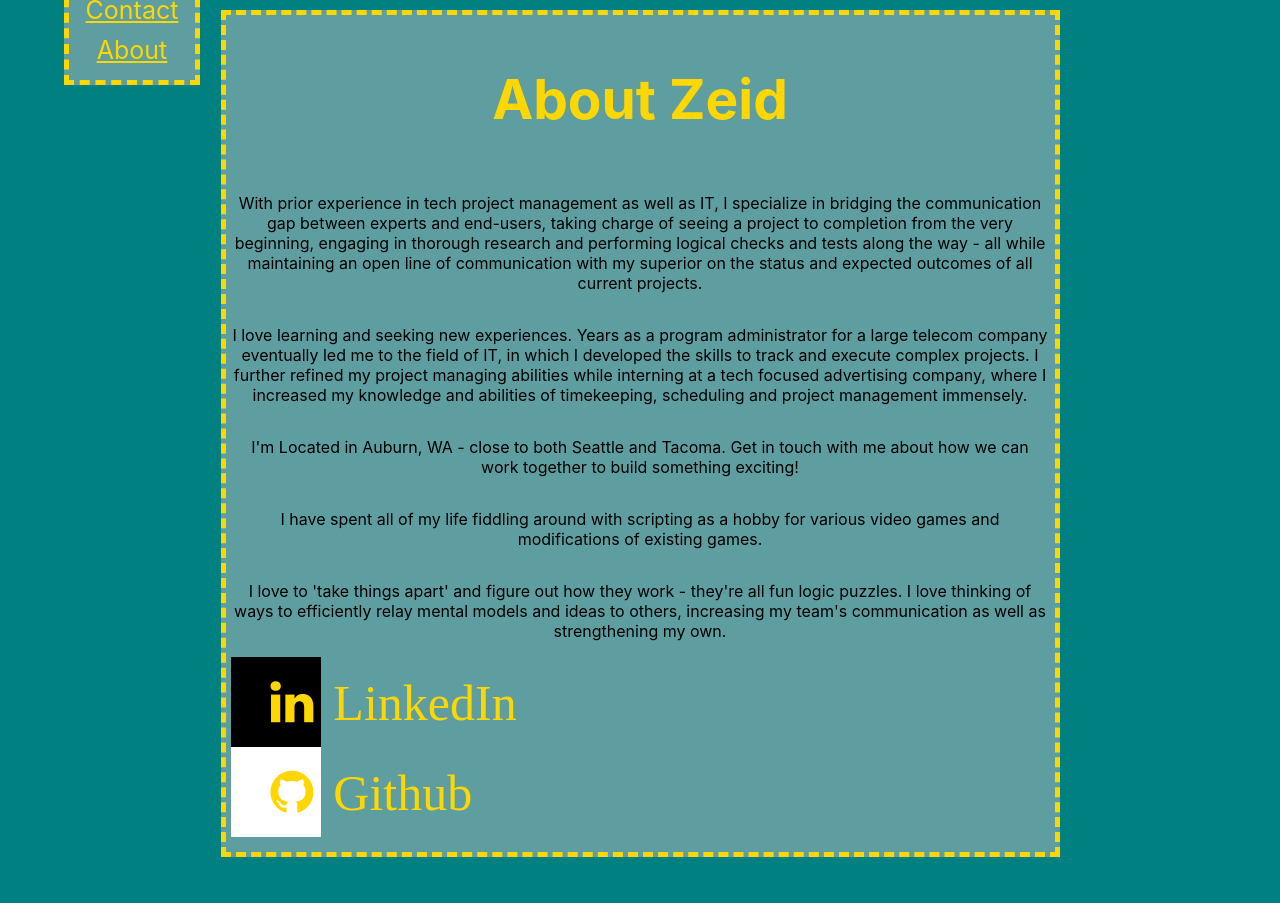
Repository: zeidalidiez/portfolioreact
Page: /
An editor plug-in stored every save of this project. The page is shown before and after a run of saves, followed by the edit.
The browser window is 1280 px wide. The pictures show the whole page.
The project was rebuilt for these pictures with package versions that can differ from the ones it lists, and the page was loaded fresh each time. Also part of the build but not shown: src/components/Thumbnail.js, src/components/Projects.js, src/components/Contact.js.

Above is the page before, as saved 2021-02-08 19:04:49.

### public/index.html
<!DOCTYPE html>
<html lang="en">
  <head>
    <meta charset="utf-8" />
    <link href="data:[embedded picture, 289 characters]" rel="icon" type="image/x-icon" />    <meta name="viewport" content="width=device-width, initial-scale=1" />
    <link rel="stylesheet" href="https://cdnjs.cloudflare.com/ajax/libs/font-awesome/4.7.0/css/font-awesome.min.css">
    <meta name="theme-color" content="#000000" />
    <meta
      name="description"
      content="Web site created using create-react-app"
    />    <!--
      manifest.json provides metadata used when your web app is installed on a
      user's mobile device or desktop. See https://developers.google.com/web/fundamentals/web-app-manifest/
    -->
    <link rel="manifest" href="%PUBLIC_URL%/manifest.json" />
    <!--
      Notice the use of %PUBLIC_URL% in the tags above.
      It will be replaced with the URL of the `public` folder during the build.
      Only files inside the `public` folder can be referenced from the HTML.

      Unlike "/favicon.ico" or "favicon.ico", "%PUBLIC_URL%/favicon.ico" will
      work correctly both with client-side routing and a non-root public URL.
      Learn how to configure a non-root public URL by running `npm run build`.
    -->
    <title>Zeid Diez - Portfolio</title>
  </head>
  <body>
    <noscript>You need to enable JavaScript to run this app.</noscript>
    <div id="root"></div>
    <!--
      This HTML file is a template.
      If you open it directly in the browser, you will see an empty page.

      You can add webfonts, meta tags, or analytics to this file.
      The build step will place the bundled scripts into the <body> tag.

      To begin the development, run `npm start` or `yarn start`.
      To create a production bundle, use `npm run build` or `yarn build`.
    -->
  </body>
</html>

### src/index.js
import React from 'react';
import ReactDOM from 'react-dom';
import './index.css';
import App from './components/App';
import reportWebVitals from './reportWebVitals';

ReactDOM.render(
  <React.StrictMode>
  <App />
  </React.StrictMode>,
  document.getElementById('root')
);

// If you want to start measuring performance in your app, pass a function
// to log results (for example: reportWebVitals(console.log))
// or send to an analytics endpoint. Learn more: https://bit.ly/CRA-vitals
reportWebVitals();

### src/components/App.js
// App.jsx

import React from 'react';
// Import the BrowserRouter, Route and Link components
import {Route, BrowserRouter as Router, Link} from "react-router-dom";
import Projects from './Projects.js';
import Contact from './Contact.js';
import About from './About.js';
import './App.css';

function App() {
  return (
    <header>
    <Router>
      <div className="App">
        <Route exact path="/Projects" component={Projects} />
        <Route exact path="/Contact" component={Contact} />
        <Route exact path="/About" component={About} />
        <Route exact path="/" component={About} />
  <nav>
        <div className="navigation">
          <div className="navigation-sub">
            <Link to="/Projects" className="item">Projects</Link>
            <Link to="/Contact" className="item">Contact</Link>
            <Link to="/About" className="item">About</Link>

          </div>
        </div>
        </nav>
      </div>
    </Router>
    <menu>

</menu>
    </header>


  );
}

export default App;

### src/components/About.js
import React from "react"

function About(props) {
  return (
    <div className="aboutDiv">
      <h2>About Zeid</h2>
      <p>With prior experience in tech project management as well as IT, I specialize in bridging the communication gap between experts and end-users, taking charge of seeing a project to completion from the very beginning, engaging in thorough research and performing logical checks and tests along the way - all while maintaining an open line of communication with my superior on the status and expected outcomes of all current projects. </p>
      <p>I love learning and seeking new experiences. Years as a program administrator for a large telecom company eventually led me to the field of IT, in which I developed the skills to track and execute complex projects. I further refined my project managing abilities while interning at a tech focused advertising company, where I increased my knowledge and abilities of timekeeping, scheduling and project management immensely.</p>
      <p>I'm Located in Auburn, WA - close to both Seattle and Tacoma. Get in touch with me about how we can work together to build something exciting! </p>
      <p>I have spent all of my life fiddling around with scripting as a hobby for various video games and modifications of existing games.</p>
      <p>I love to 'take things apart' and figure out how they work - they're all fun logic puzzles. I love thinking of ways to efficiently relay mental models and ideas to others, increasing my team's communication as well as strengthening my own.</p>

      <a href="https://www.linkedin.com/in/zeid-diez/" class="fa fa-linkedin">LinkedIn</a>
      <a href="https://github.com/zeidalidiez" class="fa fa-github">Github</a>
    </div>
  )
}

export default About;

### src/components/App.css

body {
  background-color: teal;
  display: grid;
}
div {
display: grid;
padding: 5px;
position: relative;
text-align: center;
padding-bottom: 15px;

}
 .projectDiv {
  background-color: cadetblue;
  width: 65%;
  justify-self: center;
  align-self: center;
  align-items: center;
  border: 5px dashed gold;
 }
h2 {
  color: Gold;
  font-size: 55px;
}

/* div.project {
  text-align: center;
  font-family: Georgia, "Times New Roman", Times, serif;
  font-style: italic;
  padding-bottom: 15px;
  border: 5px dashed gold;
  width: 80%;
  justify-self: center;
} */

div.project-title {
  position: relative;
  text-align: center;
  font-family: Georgia, "Times New Roman", Times, serif;
  font-style: italic;
  padding-bottom: 15px;

}

.navigation {
text-align: center;
align-self: center;
top: 0;
position: fixed;
  }

.navigation-sub {
padding: 10px;
text-align: center;
align-self: center;
bottom: auto;
left: 5%;
position: fixed;
border: 5px dashed gold;
background-color: cadetblue;
font-size: 25px;
}

a {
  display: grid;
padding: 5px;
text-align: center;
align-self: center;
}

img {
  display: block;
  margin-left: auto;
  margin-right: auto;
  width: 50%;
}


/* unvisited link */
a:link {
  color: gold;
}

/* visited link */
a:visited {
  color: rgb(255, 208, 0);
}

/* mouse over link */
a:hover {
  color: rgb(255, 174, 0);
}

/* selected link */
a:active {
  color: rgb(255, 0, 0);
}

.aboutDiv {
  background-color: cadetblue;
  width: 65%;
  justify-self: center;
  border: 5px dashed gold;

}

form {
  background-color: cadetblue;
  width: 65%;
  justify-self: center;
  padding-bottom: 60px;
  display: grid;
  border: 5px dashed gold;
}

.emailInput {
  width: 100%;
  padding: 12px 20px;
  margin: 8px 0;
  box-sizing: border-box;
}

.messageInput {
  width: 100%;
  box-sizing: border-box;
  height: 150px;
  border-radius: 4px;
  resize: none;
}

/* Style all font awesome icons */
.fa {
  padding: 20px;
  font-size: 50px;
  width: 50px;
  text-align: center;
  text-decoration: none;
  justify-self: auto;
  float: left;
}

/* Add a hover effect if you want */
.fa:hover {
  opacity: 0.7;
}

/* Set a specific color for each brand */

/* linkedin */
.fa-linkedin {
  background: #000000;
  color: white;
}

/* github */
.fa-github {
  background: #ffffff;
  color: rgb(0, 0, 0);
}

a.fa.fa-linkedin::before {
  padding: 20px;
}

a.fa.fa-github::before {
  padding: 20px;
}
@media screen and (max-width: 800px) {
  .navigation {
    text-align: center;
    align-self: center;
    top: 0;
    position: fixed;
      }

    .navigation-sub {
    padding: 10px;
    text-align: center;
    align-self: center;
    bottom: auto;
    left: 5%;
    position: fixed;
    border: 5px dashed gold;
    background-color: cadetblue;
    font-size: 10px;
    }
}

Loaded but not shown: src/index.css (common file); src/reportWebVitals.js (common file)

After the next 2 saves:
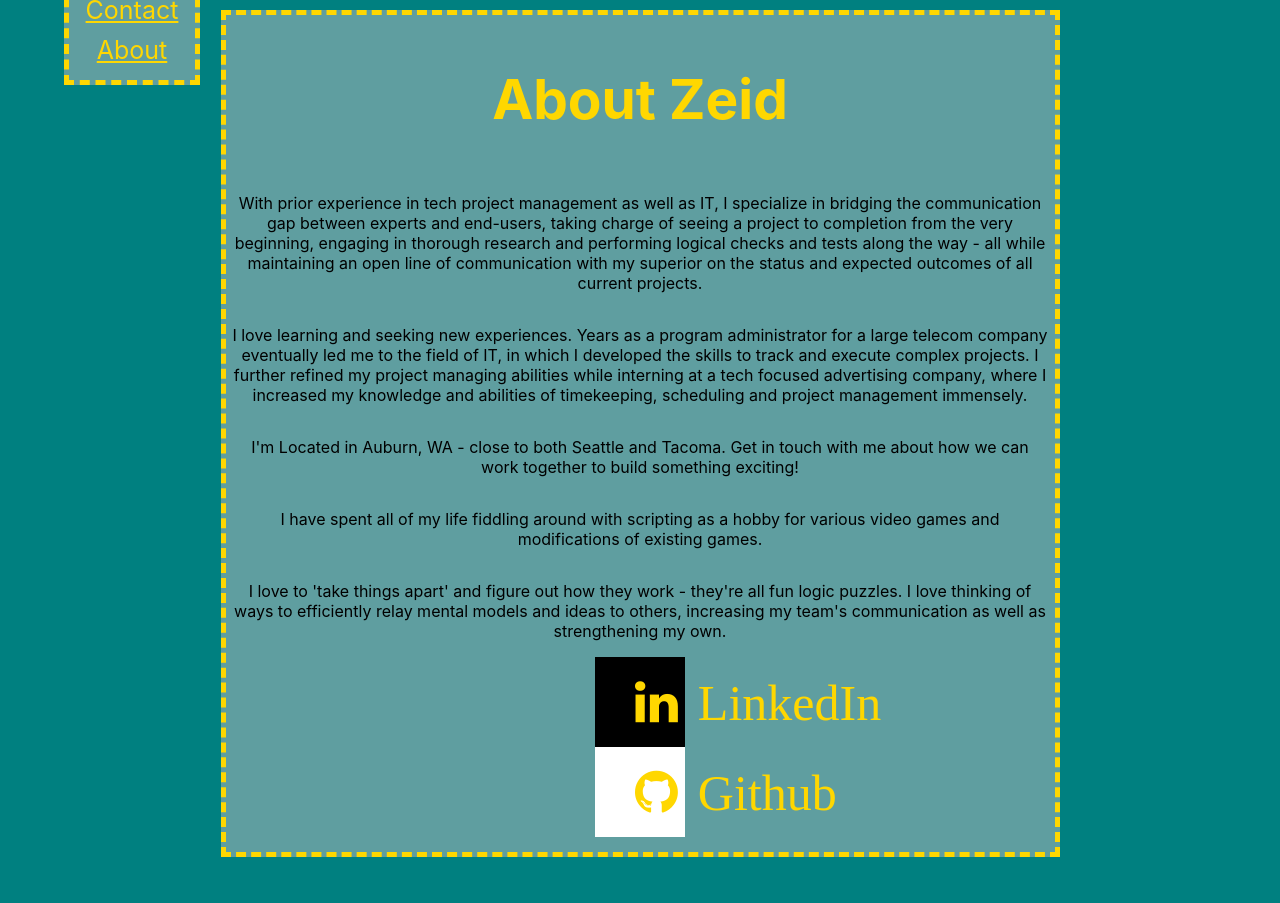
The 2 saves are shown as one change because they came seconds apart.
The last was saved 7 s later.
--- a/src/components/App.css
+++ b/src/components/App.css
@@ -136,8 +136,7 @@ form {
   width: 50px;
   text-align: center;
   text-decoration: none;
-  justify-self: auto;
-  float: left;
+  justify-self: center;
 }
 
 /* Add a hover effect if you want */
